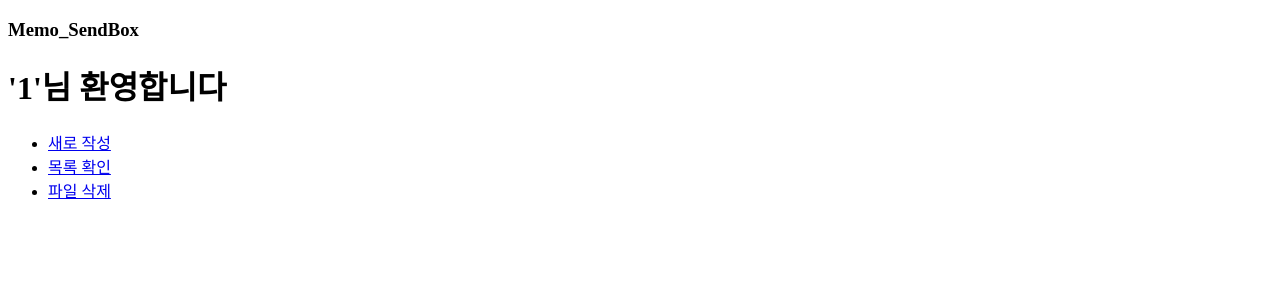
Repository: Rysdne/01_Java
Page: http://localhost/WildcatTest/
The author's editor kept a copy of each file at every save. The page is drawn from the files as they stood at one save, then again after the next save.
The browser window is 1280 px wide. The pictures show the whole page.
The page is served by Tomcat 9. The session is filled in as if someone had signed in: {"id": 1}. Queries for data that is not in the repository find no rows.

Above is the page before, as saved 2022-07-14 07:15:19.

After the next save:
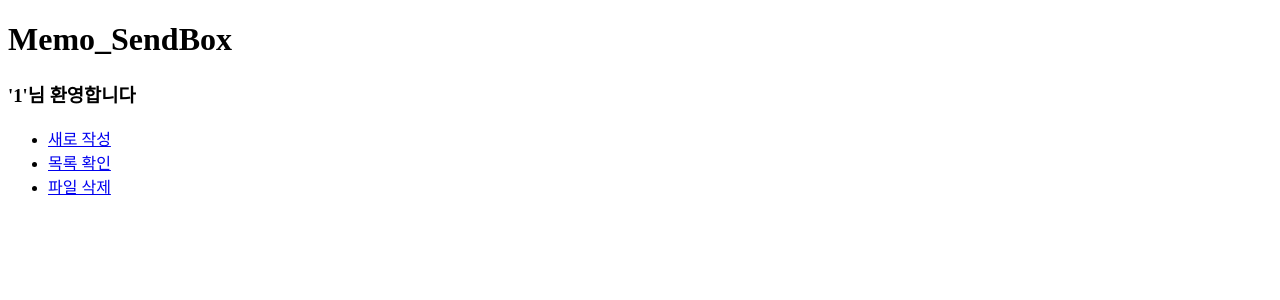
Saved 77 s later.
--- a/WildcatTest/src/main/webapp/index.jsp
+++ b/WildcatTest/src/main/webapp/index.jsp
@@ -30,8 +30,8 @@
 		pstmt.close();
 		conn.close();
 	%>
-	<h3>Memo_SendBox</h3>
-	<h1>'<%=session.getAttribute("id")%>'님 환영합니다</h1>
+	<h1>Memo_SendBox</h1>
+	<h3>'<%=session.getAttribute("id")%>'님 환영합니다</h3>
 	<ul>
 		<li><a href="/WildcatTest/io/create.jsp">새로 작성</a></li>
 		<li><a href="/WildcatTest/list/listAll.jsp">목록 확인</a></li>
